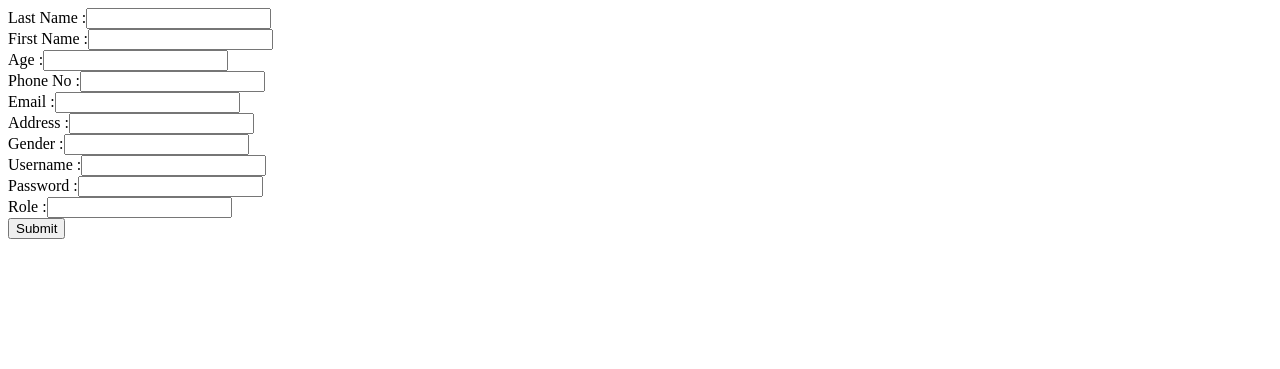
Repository: shivambhat45/Tour-Booking
Page: http://localhost/booking
These files come from the project's save history. The page is drawn as it stood at one moment and after the next save; the edit follows.
The browser window is 1280 px wide. The pictures show the whole page.
The page is this project's Thymeleaf template; nobody is signed in. The template is opened directly, without the code that normally fills it, so the values that code supplies are empty.

Above is the page before, as saved 2022-10-28 10:13:46.

After the next save:
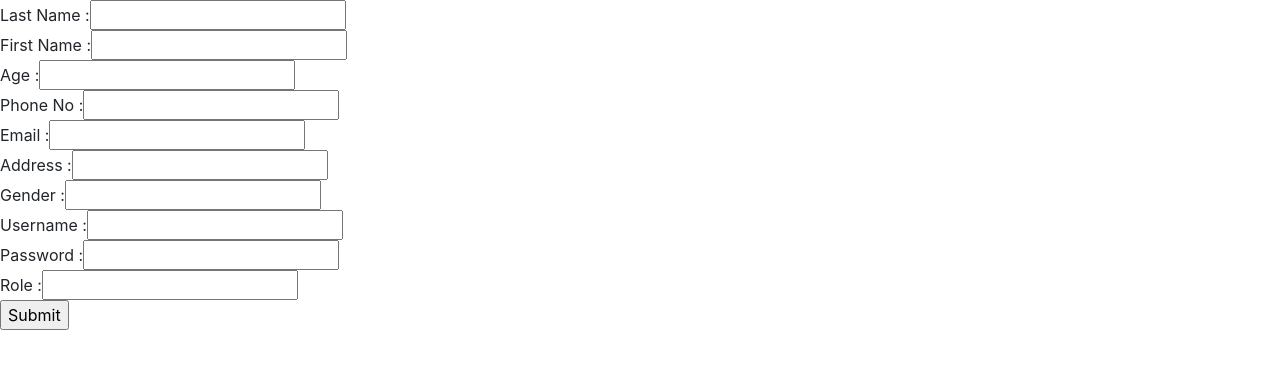
Saved 4 min 27 s later.
--- a/frontend-ui/src/main/resources/templates/booking.html
+++ b/frontend-ui/src/main/resources/templates/booking.html
@@ -4,6 +4,7 @@
 <head>
 <meta charset="ISO-8859-1">
 <title>Registration Page</title>
+<link rel="stylesheet" href="https://cdn.jsdelivr.net/npm/bootstrap@4.0.0/dist/css/bootstrap.min.css" integrity="sha384-Gn5384xqQ1aoWXA+058RXPxPg6fy4IWvTNh0E263XmFcJlSAwiGgFAW/dAiS6JXm" crossorigin="anonymous">
 </head>
 <body>
 	<form action="register" method="POST">
